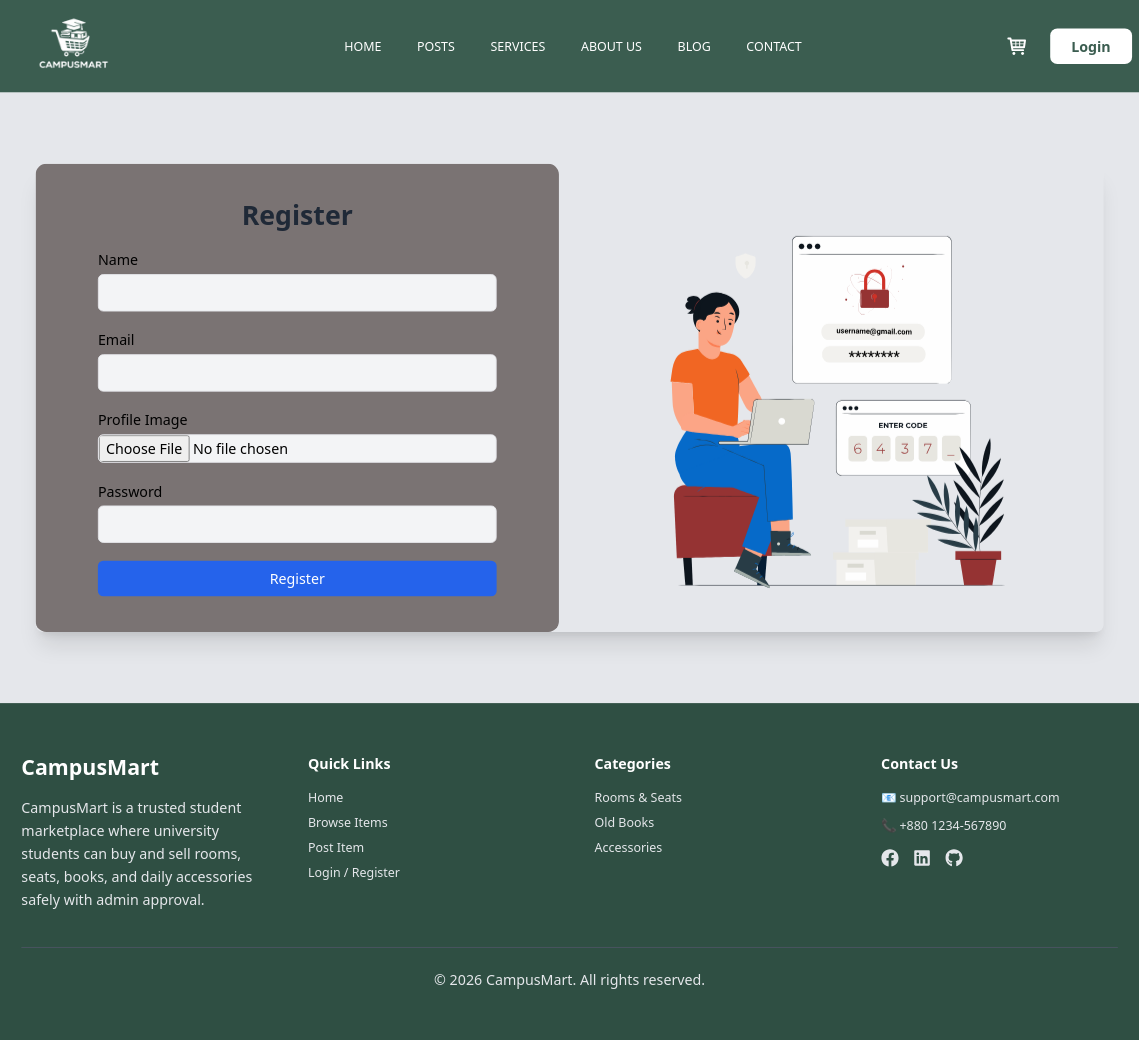
Repository: jahidhasanri/CAMPUSMART
Page: /register
These files come from the project's save history. The page is drawn as it stood at one moment and after the next save; the edit follows.
The browser window is 1280 px wide. The pictures show the whole page, at 89% of full size.
The project was rebuilt for these pictures with package versions that can differ from the ones it lists, and the page was loaded fresh each time. Also part of the build but not shown: vite.config.js, src/components/Banner.jsx, src/Pages/Home.jsx, src/Pages/Login.jsx.

Above is the page before, as saved 2026-01-13 23:39:01.

### index.html
<!doctype html>
<html lang="en">
  <head>
    <meta charset="UTF-8" />
    <link rel="icon" type="image/svg+xml" href="/vite.svg" />
    <meta name="viewport" content="width=device-width, initial-scale=1.0" />
    <title>campusmart</title>
  </head>
  <body>
    <div id="root"></div>
    <script type="module" src="/src/main.jsx"></script>
  </body>
</html>

### src/main.jsx
import { StrictMode } from 'react'
import { createRoot } from 'react-dom/client'
import './index.css'
import { RouterProvider } from 'react-router-dom'
import Router from './router/Router.jsx'


createRoot(document.getElementById('root')).render(
  <StrictMode>
    <RouterProvider router={Router} />
  </StrictMode>,
)

### src/router/Router.jsx
import { createBrowserRouter } from "react-router-dom";
import Home from "../Pages/Home.jsx";
import Main from "../components/Main.jsx";
import Login from "../Pages/Login.jsx";
import Register from "../Pages/Register.jsx";


const Router = createBrowserRouter([
  {
    path: "/",
    element: <Main></Main>,
    children:[
        {
            index:true,
            element:<Home></Home>
        },
        {
          path:"/login",
          element:<Login></Login>
        },
        {
          path:"/register",
          element:<Register></Register>
        }
    ]
  },
]);

export default Router;

### src/components/Main.jsx
import React from 'react';
import { Outlet } from 'react-router-dom';
import Navbar from './Navbar';
import Footer from './Footer';

const Main = () => {
    return (
        <div className=''>
            <Navbar></Navbar>
            <div className="min-h-[calc(100vh-422px)]">

            <Outlet></Outlet>
            </div>
            <Footer></Footer>
        </div>
    );
};

export default Main;

### src/Pages/Register.jsx
// import React, { useContext, useState } from 'react';
import { FaEye, FaEyeSlash } from 'react-icons/fa';
// import { toast } from 'react-toastify';
// import axios from 'axios';
// import { useNavigate } from 'react-router-dom';
// import { updateProfile } from 'firebase/auth';
import loginAnimation from '../json/success.json';
import Lottie from 'lottie-react';


const Register = () => {
//  const [preview, setPreview] = useState(null);
//  const [showPassword, setShowPassword] = useState(false);
//  const [error, setError] = useState("");
//  const { handelWithRegister, SetUser } = useContext(AuthContext);
//  const navigate = useNavigate();


//  const handleRegister = async (e) => {
//   e.preventDefault();
//   const form = e.target;
//   const name = form.name.value;
//   const email = form.email.value;
//   const password = form.password.value;
//   const image = form.image.files[0];

//   setError("");

//   try {
//     // Step 1: Firebase Register
//     const result = await handelWithRegister(email, password);

//     // Step 2: Image Upload
//     const formData = new FormData();
//     formData.append("image", image);

//     const imgRes = await axios.post(
//       `https://api.imgbb.com/1/upload?key=8be0cdd4b85b2bb02d8b738407647b48`,
//       formData
//     );

//     const imageUrl = imgRes.data.data.url;

//     // Step 3: Update Profile
//     await updateProfile(result.user, {
//       displayName: name,
//       photoURL: imageUrl,
//     });

//     // Step 4: Save to Database
//     await axios.post("https://resturent-management-server-three.vercel.app/users", {
//       name,
//       email,
//       image: imageUrl,
//       role: "user",
//     });

//     // Step 5: Set Context
//     SetUser({
//       email,
//       displayName: name,
//       photoURL: imageUrl,
//     });

//     toast.success("Registration successful!");
//     form.reset();
//     setPreview(null);
//     navigate("/");
//   } catch (err) {
//     console.log("Registration error: ", err);
//     toast.error("Registration failed!");
//   }
// };



//  const handleImageChange = (e) => {
//    const file = e.target.files[0];
//    if (file) {
//      setPreview(URL.createObjectURL(file));
//    }
//  };


 return (
   <div className="bg-gray-200 py-10 md:py-20 flex items-center justify-center px-4">
     <div className="w-full max-w-[1200px] h-auto grid grid-cols-1 sm:grid-cols-1 md:grid-cols-2 lg:grid-cols-2 xl:grid-cols-2 gap-6 items-center bg-cover bg-center rounded-lg overflow-hidden shadow-xl">

       {/* Form Section */}
       <div className="h-full rounded-xl flex items-center justify-center bg-[#7a7373] p-6 md:p-10">
         <form  className="w-full max-w-md space-y-5">
           <h2 className="text-3xl font-bold mb-4 text-center text-gray-800">Register</h2>


           {/* Name Field */}
           <div>
             <label htmlFor="name" className="block mb-1 font-medium">Name</label>
             <input
               type="text"
               name="name"
               id="name"
               required
               className="w-full px-4 py-2 border rounded-md bg-gray-100 focus:ring-2 focus:ring-blue-500 focus:border-blue-500"
             />
           </div>


           {/* Email Field */}
           <div>
             <label htmlFor="email" className="block mb-1 font-medium">Email</label>
             <input
               type="email"
               name="email"
               id="email"
               required
               className="w-full px-4 py-2 border rounded-md bg-gray-100 focus:ring-2 focus:ring-blue-500 focus:border-blue-500"
             />
           </div>


           {/* Image Upload */}
           <div>
             <label htmlFor="image" className="block mb-1 font-medium">Profile Image</label>
             <input
               type="file"
               name="image"
               id="image"
               accept="image/*"
               required
            //    onChange={handleImageChange}
               className="w-full border rounded-md bg-gray-100 focus:ring-2 focus:ring-blue-500"
             />
             {/* {preview && (
               <img src={preview} alt="Preview" className="mt-2 w-24 h-24 object-cover rounded-full border" />
             )} */}
           </div>


           {/* Password Field */}
           <div className="relative">
             <label htmlFor="password" className="block mb-1 font-medium">Password</label>
             <input
            //    type={showPassword ? "text" : "password"}
            type='password'
               name="password"
               id="password"
               required
               className="w-full px-4 py-2 border rounded-md bg-gray-100 pr-10 focus:ring-2 focus:ring-blue-500 focus:border-blue-500"
             />
             <span
               className="absolute top-10 right-3 cursor-pointer text-gray-600"
            //    onClick={() => setShowPassword(!showPassword)}
             >
               {/* {showPassword ? <FaEyeSlash /> : <FaEye />} */}
             </span>
           </div>


           {/* Error Message */}
           {/* {error && <p className="text-red-600 text-sm">{error}</p>} */}


           {/* Submit Button */}
           <button
             type="submit"
             className="w-full bg-blue-600 text-white py-2 rounded-md hover:bg-blue-700 transition"
           >
             Register
           </button>
         </form>
       </div>


       {/* Animation Section */}
       <div className="w-full flex justify-center items-center p-4 md:p-0">
         <Lottie animationData={loginAnimation} loop={true} style={{ width: "100%", height: "100%", maxWidth: 400, maxHeight: 400 }} />
       </div>


     </div>
   </div>
 );
};


export default Register;

### src/components/Category.jsx
/* eslint-disable no-unused-vars */

import { motion } from "framer-motion";
import { FaHome, FaBook, FaShoppingBag } from "react-icons/fa";

const categories = [
  {
    title: "Rooms & Seats",
    desc: "Find or rent rooms and seats near your campus easily.",
    icon: <FaHome />,
  },
  {
    title: "Old Books",
    desc: "Buy and sell previous semester books at affordable prices.",
    icon: <FaBook />,
  },
  {
    title: "Accessories",
    desc: "Daily student essentials like bags, calculators, gadgets & more.",
    icon: <FaShoppingBag />,
  },
];

const fadeUp = {
  hidden: { opacity: 0, y: 60 },
  visible: {
    opacity: 1,
    y: 0,
    transition: {
      duration: 0.7,
      ease: "easeOut",
    },
  },
};

const Categories = () => {
  return (
    <section className="py-20 bg-[#f5f7f6]">
      <div className="max-w-[1300px] mx-auto px-6">

        {/* TITLE */}
        <motion.div
          variants={fadeUp}
          initial="hidden"
          whileInView="visible"
          viewport={{ once: true }}
          className="text-center mb-16"
        >
          <h2 className="text-3xl md:text-4xl font-bold text-gray-800 mb-4">
            Browse by Category
          </h2>
          <p className="text-gray-600 max-w-xl mx-auto">
            Explore categories specially designed for university students.
          </p>
        </motion.div>

        {/* CARDS */}
        <div className="grid grid-cols-1 md:grid-cols-2 lg:grid-cols-3 gap-10">
          {categories.map((item, index) => (
            <motion.div
              key={index}
              variants={fadeUp}
              initial="hidden"
              whileInView="visible"
              viewport={{ once: true }}
              transition={{ delay: index * 0.15 }}
              className="bg-white rounded-2xl p-8 shadow-md hover:shadow-lg transition-shadow duration-300"
            >
              <div className="text-4xl text-[#3b5d50] mb-6">
                {item.icon}
              </div>

              <h3 className="text-xl font-semibold text-gray-800 mb-3">
                {item.title}
              </h3>

              <p className="text-gray-600 text-sm leading-relaxed">
                {item.desc}
              </p>
            </motion.div>
          ))}
        </div>

      </div>
    </section>
  );
};

export default Categories;

### src/components/HowItWorks.jsx
/* eslint-disable no-unused-vars */
import { useState } from "react";
import { motion, AnimatePresence } from "framer-motion";
import { FaUserPlus, FaUpload, FaCheckCircle, FaHandshake, FaSearch, FaInfoCircle, FaPhone, FaShoppingCart } from "react-icons/fa";

const sellerSteps = [
  { id: 1, icon: <FaUserPlus />, title: "Register / Login", desc: "Create your student account to start selling rooms, books, or accessories." },
  { id: 2, icon: <FaUpload />, title: "Post Your Item", desc: "Add rooms, books, seats, or accessories for sale, submit for admin approval." },
  { id: 3, icon: <FaCheckCircle />, title: "Admin Approval", desc: "Admin reviews and approves your post before it goes live." },
  { id: 4, icon: <FaHandshake />, title: "Connect & Deal", desc: "Once approved, buyers can contact you to complete the transaction safely." },
];

const buyerSteps = [
  { id: 1, icon: <FaSearch />, title: "Browse Items", desc: "Explore available rooms, books, and accessories inside your campus." },
  { id: 2, icon: <FaInfoCircle />, title: "Check Details", desc: "See post info, price, location, and ensure it is admin approved." },
  { id: 3, icon: <FaPhone />, title: "Connect With Seller", desc: "Contact the seller safely to negotiate or ask questions." },
  { id: 4, icon: <FaShoppingCart />, title: "Buy / Rent", desc: "Complete the transaction and enjoy your new item." },
];

const fadeUp = {
  hidden: { opacity: 0, y: 60 },
  visible: { opacity: 1, y: 0, transition: { duration: 0.7, ease: "easeOut" } },
};

const HowItWorks = () => {
  const [activeTab, setActiveTab] = useState("seller");

  const steps = activeTab === "seller" ? sellerSteps : buyerSteps;

  return (
    <section className="py-20 bg-white">
      <div className="max-w-[1300px] mx-auto px-6">

        {/* SECTION TITLE + TAB */}
        <motion.div
          variants={fadeUp}
          initial="hidden"
          whileInView="visible"
          viewport={{ once: true }}
          className="text-center mb-12"
        >
          <h2 className="text-3xl md:text-4xl font-bold text-gray-800 mb-4">
            How CampusMart Works
          </h2>
          <p className="text-gray-600 max-w-xl mx-auto">
            Simple steps for both sellers and buyers inside your university community.
          </p>

          {/* Tabs */}
          <div className="flex justify-center gap-6 mt-6">
            <button
              className={`px-5 py-2 rounded-full font-semibold ${activeTab === "seller" ? "bg-[#3b5d50] text-white" : "bg-gray-200 text-gray-800"}`}
              onClick={() => setActiveTab("seller")}
            >
              Seller
            </button>
            <button
              className={`px-5 py-2 rounded-full font-semibold ${activeTab === "buyer" ? "bg-[#3b5d50] text-white" : "bg-gray-200 text-gray-800"}`}
              onClick={() => setActiveTab("buyer")}
            >
              Buyer
            </button>
          </div>
        </motion.div>

        {/* Steps Grid */}
        <div className="grid grid-cols-1 md:grid-cols-2 lg:grid-cols-4 gap-10">
          <AnimatePresence mode="wait">
            {steps.map((step, index) => (
              <motion.div
                key={step.id}
                variants={fadeUp}
                initial="hidden"
                whileInView="visible"
                exit={{ opacity: 0, y: 40, transition: { duration: 0.3 } }}
                viewport={{ once: true }}
                transition={{ delay: index * 0.15 }}
                className="bg-[#f5f7f6] p-8 rounded-2xl shadow-md hover:shadow-lg transition-shadow duration-300 text-center"
              >
                <div className="text-5xl text-[#3b5d50] mb-6">{step.icon}</div>
                <h3 className="text-xl font-semibold text-gray-800 mb-3">{step.title}</h3>
                <p className="text-gray-600 text-sm leading-relaxed">{step.desc}</p>
              </motion.div>
            ))}
          </AnimatePresence>
        </div>
      </div>
    </section>
  );
};

export default HowItWorks;

### src/components/Navbar.jsx

import { useState } from "react";
import { Link } from "react-router-dom";
import { TiShoppingCart } from "react-icons/ti";
import { HiMenuAlt3, HiX } from "react-icons/hi";

const Navbar = () => {
  const [menuOpen, setMenuOpen] = useState(false);

  const navLinks = [
    { name: "HOME", path: "/" },
    { name: "POSTS", path: "/products" },
    { name: "SERVICES", path: "/services" },
    { name: "ABOUT US", path: "/about" },
    { name: "BLOG", path: "/blog" },
    { name: "CONTACT", path: "/contact" },
  ];

  return (
    <header className="bg-[#3b5d50] text-white">
      <div className="max-w-[1300px]  mx-auto px-2 py-5">
        <div className="flex items-center justify-between h-16">

          {/* Logo */}
         <Link href={'/'}>
          <img src="/images/campu_logo-removebg-preview.png" className="w-[150px] h-26" alt="Green Nest Logo" />
         </Link>

          {/* Desktop Menu (lg only) */}
          <ul className="hidden lg:flex gap-10 font-normal text-sm">
            {navLinks.map((link) => {
              return (
                <li key={link.path}>
                  <Link
                    href={link.path}
                    className={`pb-1 transition-all duration-300`}
                  >
                    {link.name}
                  </Link>
                </li>
              );
            })}
          </ul>

          {/* Cart + Login (md and up) */}
          <Link href={'/login'} className="hidden md:flex items-center gap-6">
            <TiShoppingCart
              size={26}
              className="cursor-pointer hover:text-[#5a8139]"
            />
            <Link to={'/login'} className="bg-white text-[#3b5d50] px-6 py-2 rounded-lg font-semibold hover:bg-gray-200 transition">
                Login
              </Link>
          </Link>

          {/* Hamburger (md & sm only) */}
          <div className="lg:hidden">
            <button onClick={() => setMenuOpen(!menuOpen)}>
              {menuOpen ? <HiX size={28} /> : <HiMenuAlt3 size={28} />}
            </button>
          </div>
        </div>

        {/* Mobile + Tablet Menu */}
        {menuOpen && (
          <div className="lg:hidden mt-4">
            <ul className="flex flex-col gap-4 font-medium">
              {navLinks.map((link) => {
                return (
                  <li key={link.path}>
                    <Link
                      href={link.path}
                      onClick={() => setMenuOpen(false)}
                      className={`block pb-1`}
                    >
                      {link.name}
                    </Link>
                  </li>
                );
              })}
            </ul>

                <Link href={'/login'} className=" md:hidden items-center gap-6">
            <TiShoppingCart
              size={26}
              className="cursor-pointer mb-5 mt-5 hover:text-[#5a8139]"
            />
            <button className="bg-[#5a8139] mb-5 hover:bg-[#5b8139d7] px-4 py-1.5 cursor-pointer rounded">
              Login
            </button>
          </Link>

          </div>
        )}
      </div>
    </header>
  );
};

export default Navbar;

### src/components/Footer.jsx
import { FaFacebook, FaLinkedin, FaGithub } from "react-icons/fa";

const Footer = () => {
  return (
    <footer className="bg-[#2f4f43] text-gray-200">
      <div className="max-w-[1300px] mx-auto px-6 py-14">
        <div className=" grid grid-cols-1 md:grid-cols-2 lg:grid-cols-4 gap-14">

          {/* BRAND */}
          <div className="">
            <h2 className="text-2xl font-bold text-white mb-4">
              CampusMart
            </h2>
            <p className="text-[16px] leading-relaxed">
              CampusMart is a trusted student marketplace where university
              students can buy and sell rooms, seats, books, and daily
              accessories safely with admin approval.
            </p>
          </div>

          {/* QUICK LINKS */}
          <div>
            <h3 className="text-[16px] font-semibold text-white mb-4">
              Quick Links
            </h3>
            <ul className="space-y-2 text-sm">
              <li className="hover:text-white cursor-pointer">Home</li>
              <li className="hover:text-white cursor-pointer">Browse Items</li>
              <li className="hover:text-white cursor-pointer">Post Item</li>
              <li className="hover:text-white cursor-pointer">Login / Register</li>
            </ul>
          </div>

          {/* CATEGORIES */}
          <div>
            <h3 className="text-[16px] font-semibold text-white mb-4">
              Categories
            </h3>
            <ul className="space-y-2 text-sm">
              <li className="hover:text-white cursor-pointer">Rooms & Seats</li>
              <li className="hover:text-white cursor-pointer">Old Books</li>
              <li className="hover:text-white cursor-pointer">Accessories</li>
            </ul>
          </div>

          {/* CONTACT */}
          <div>
            <h3 className="text-[16px] font-semibold text-white mb-4">
              Contact Us
            </h3>
            <p className="text-sm mb-3">📧 support@campusmart.com</p>
            <p className="text-sm mb-4">📞 +880 1234-567890</p>

            <div className="flex gap-4 text-xl">
              <FaFacebook className="hover:text-white cursor-pointer" />
              <FaLinkedin className="hover:text-white cursor-pointer" />
              <FaGithub className="hover:text-white cursor-pointer" />
            </div>
          </div>

        </div>

        {/* BOTTOM */}
        <div className="border-t border-gray-600 mt-10 pt-6 text-center text-[16px]">
          © {new Date().getFullYear()} CampusMart. All rights reserved.
        </div>
      </div>
    </footer>
  );
};

export default Footer;

Loaded but not shown: src/index.css (common file); src/json/success.json (common file); tailwind.config.js (common file)

After the next save:
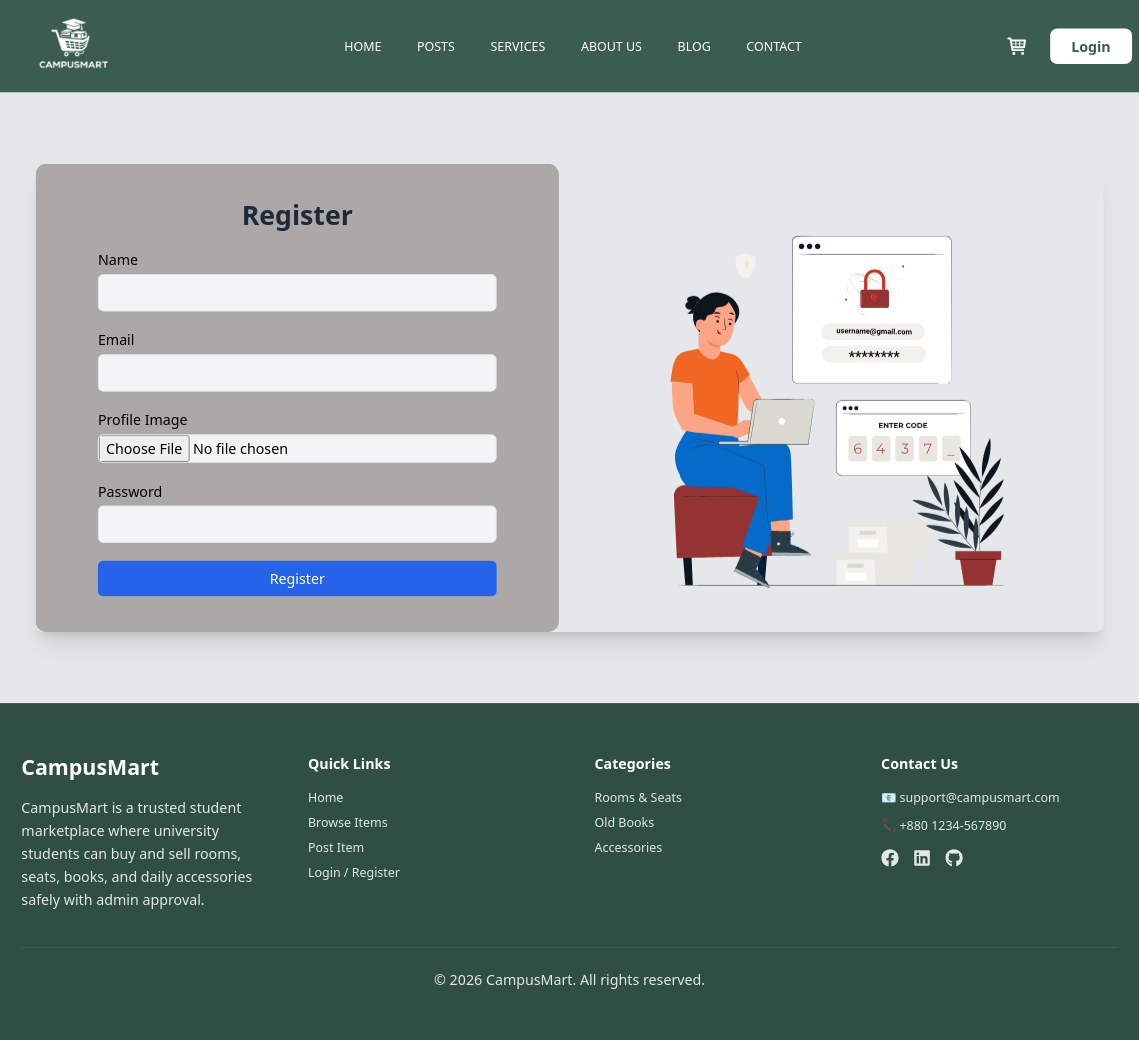
Saved 10 s later.
--- a/src/Pages/Register.jsx
+++ b/src/Pages/Register.jsx
@@ -87,7 +87,7 @@ const Register = () => {
      <div className="w-full max-w-[1200px] h-auto grid grid-cols-1 sm:grid-cols-1 md:grid-cols-2 lg:grid-cols-2 xl:grid-cols-2 gap-6 items-center bg-cover bg-center rounded-lg overflow-hidden shadow-xl">
 
        {/* Form Section */}
-       <div className="h-full rounded-xl flex items-center justify-center bg-[#7a7373] p-6 md:p-10">
+       <div className="h-full rounded-xl flex items-center justify-center bg-[#aca8a8] p-6 md:p-10">
          <form  className="w-full max-w-md space-y-5">
            <h2 className="text-3xl font-bold mb-4 text-center text-gray-800">Register</h2>
 
